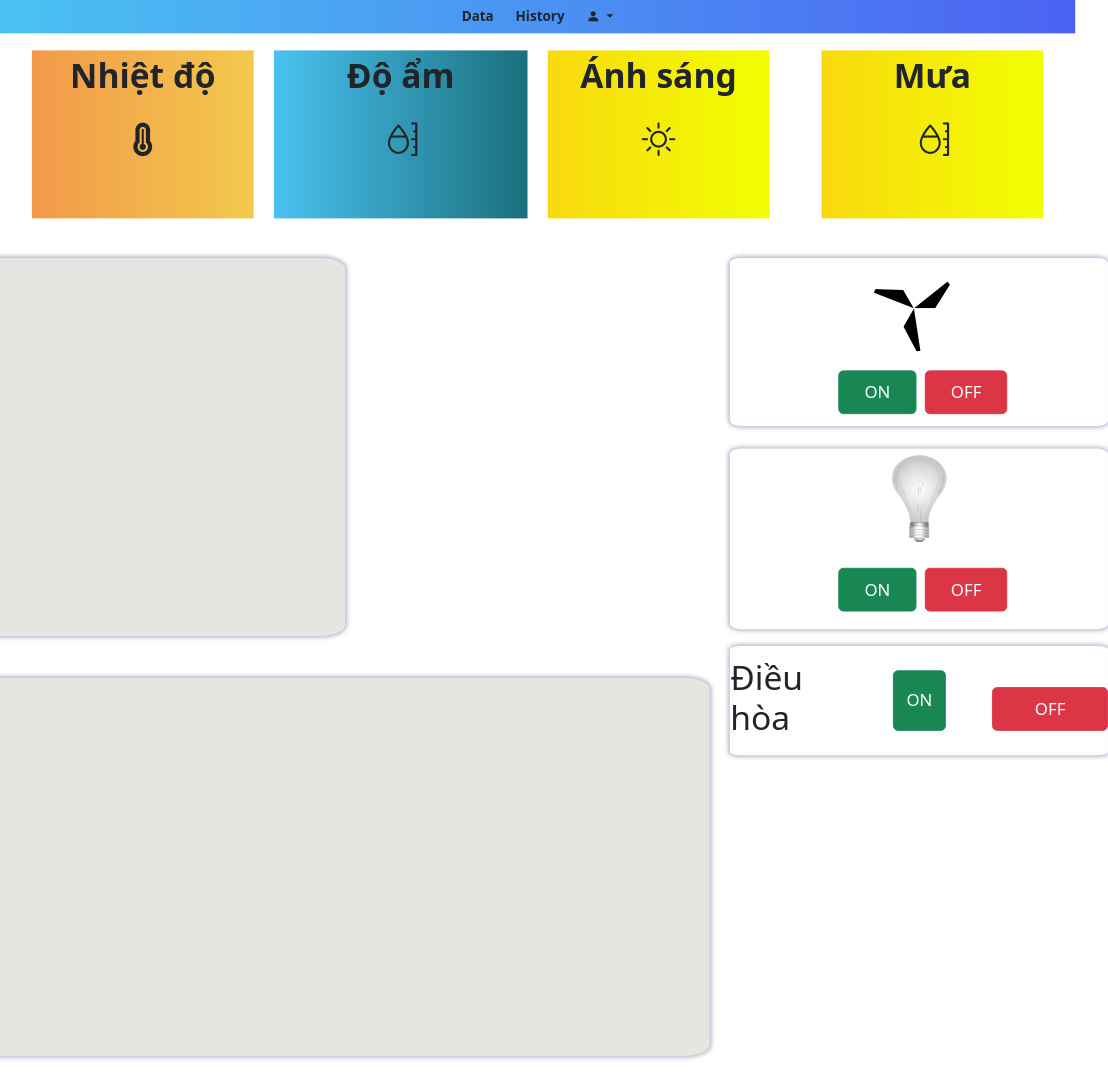
Repository: ndmq03102002/BTL_IOT
Page: Fontend_IOT/iot/index.html
The author's editor kept a copy of each file at every save. The page is drawn from the files as they stood at one save, then again after the next save.
The browser window is 1280 px wide. The page is 1319 px wide, so the pictures cover 1319 px, including what lies to the right of the window. The pictures show the whole page, at 84% of full size.
The page's requests for data from a server got no answer. Some web libraries are served in a nearby version.

Above is the page before, as saved 2023-09-25 00:18:13.

### Fontend_IOT/iot/index.html
<!DOCTYPE html>
<html lang="en">
<head>
    <meta charset="UTF-8">
    <meta name="viewport" content="width=device-width, initial-scale=1.0">
    <title>Document</title>
    <link rel="stylesheet" href="style.css">
    <link rel="stylesheet" href="bootstrap/css/bootstrap.css">
    <script src="https://cdnjs.cloudflare.com/ajax/libs/Chart.js/2.9.4/Chart.js"></script>
    <script src="https://kit.fontawesome.com/1be2f108e2.js" crossorigin="anonymous"></script>
    <link rel="stylesheet" href="https://cdn.jsdelivr.net/npm/bootstrap-icons@1.10.5/font/bootstrap-icons.css">
    <link rel="stylesheet" href="https://cdnjs.cloudflare.com/ajax/libs/font-awesome/6.0.0/css/all.min.css" integrity="sha512-9usAa10IRO0HhonpyAIVpjrylPvoDwiPUiKdWk5t3PyolY1cOd4DSE0Ga+ri4AuTroPR5aQvXU9xC6qOPnzFeg==" crossorigin="anonymous" referrerpolicy="no-referrer" />
</head>
<header style="width: 100%; height: 40px; margin :auto;background: linear-gradient(to right, #4ac2f2, #4c62f2)">
    <div class="col-sm-12 data">
        <a href="data.html" class="btn" style="font-weight: bold;">Data</a>
        <a href="history.html" class="btn" style="font-weight: bold;">History</a>
        <div class="btn-group" >
            <a class="btn btn-white dropdown-toggle"  href="#" role="button" data-bs-toggle="dropdown" aria-expanded="false">
                <i class="bi bi-person-fill"></i>
            </a>
            <ul class="dropdown-menu">
                <li><a href="javascript:" class="dropdown-item"><i class="bi bi-person"></i> MSV: B20DCCN567</a></li>
                <li><a href="javascript:" class="dropdown-item"><i class="bi bi-phone"></i> Phone: 0961264306</a></li>
                <li><a href="message.html" class="dropdown-item"><i class="bi bi-envelope"></i> Email: Nguyendinhmanhquynh@gmail.com</a></li>
            </ul>
          </div>
    </div>
</header>
<body>
     <div  style="background-color:white;height:700px; margin-bottom: 50px;">
        <div class="row">
            <div  class="col-sm-3 col-pd"style="padding-left: 50px;" >
                <div class="block1 block-size">
                        <p >Nhiệt độ</p>
                        <p style="display: inline; " class="count1"></p>
                        <span><i class='fa-solid fa-temperature-full'></i></span>

                </div>
            </div>
            <div class="col-sm-3 col-pd">
                <div class="block2 block-size">
                    <p> Độ ẩm</p>
                    <p style="display: inline;" class="count2"></p>
                    <span> <i class="bi bi-moisture"></i></span>
                </div>
            </div>
            <div class="col-sm-3 col-pd" style="padding-right: 50px;">
                <div class="block3 block-size">
                    <p>Ánh sáng</p>
                    <p style="display: inline;" class="count3"></p>
                    <span> <i class="bi bi-brightness-high"></i></span>
                </div>
            </div>
            <div class="col-sm-3 col-pd" style="padding-right: 50px;">
                <div class="block4 block-size">
                    <p>Mưa</p>
                    <p style="display: inline;" class="count4"></p>
                    <span> <i class="bi bi-moisture"></i></span>
                </div>
            </div>
            <div class="col-sm-4 cod-pd" >
                <div class="block" style="height: 450px;width: 950px; float:right; margin-left:2000px">
                    <canvas id="myChart" style="border-radius: 3%; width:100%;height: 100%;background-color: rgb(231, 229, 226);"></canvas>
                </div>
            </div>
            <div class="col-sm-4 cod-pd" >
                <div class="block" style="height: 450px;width: 950px; float:right; margin-top: 500px;">
                    <canvas id="myChart2" style="border-radius: 3%; width:100%;height: 100%;background-color: rgb(231, 229, 226);"></canvas>
                </div>
            </div>
            <div class="col-sm-4 ">
                <div class="block" style=" background-color: white; height: 200px; width: 450px; float: left; display: flex; justify-content: center; align-items: center;">
                    <div class="fan">
                        <div class="blade blade-1"></div>
                        <div class="blade blade-2"></div>
                        <div class="blade blade-3"></div>
                        <div class="stand"></div>
                    </div>
                    <div class="button" style="margin-top:120px; margin-right: 120px;">
                        <button class="btn btn-success onLampRight " style="--bs-btn-padding-y: 10px; --bs-btn-padding-x: 30px; --bs-btn-font-size: 20px; ">ON</button>
                         <button class="btn btn-danger offLampRight"  style="--bs-btn-padding-y: 10px; --bs-btn-padding-x: 30px; --bs-btn-font-size: 20px;">OFF</button>
                    </div>
                </div>
                <div class="block" style="background-color: white; margin-bottom: 20px; height: 215px; width: 450px; float: left; display: flex; justify-content: center; align-items: center;">
                    <div class="light" >
                        <img src="image/light_off.png" class="img1"/>
                    </div>
                    <div class="button"  style="margin-top:120px; margin-right: 120px;">
                        <button class="btn btn-success onLampLeft "  style="--bs-btn-padding-y: 10px; --bs-btn-padding-x: 30px; --bs-btn-font-size: 20px; ">ON</button>
                         <button class="btn btn-danger offLampLeft"  style="--bs-btn-padding-y: 10px; --bs-btn-padding-x: 30px; --bs-btn-font-size: 20px;">OFF</button>
                    </div>

                </div>
                <div class="block " style="background-color: white; margin-bottom: 20px; height: 130px; width: 450px; float: left; display: flex; justify-content: center; align-items: center;">
                    <div class="" >
                        <div  ><h1>Điều hòa</h1> </div>
                    </div>
                    <div class="button"  style="margin: auto;">
                        <button class="btn btn-success onLamptest"  style="margin-left:45px; --bs-btn-padding-y: 15px; --bs-btn-padding-x: 15px; --bs-btn-font-size: 20px; ">ON</button>
                         <button class="btn btn-danger offLamptest"  style="margin-left:45px; margin-top: 20px; --bs-btn-padding-y: 10px; --bs-btn-padding-x: 50px; --bs-btn-font-size: 20px;">OFF</button>

                    </div>

                </div>
            </div>
        </div>
    </div>
    <p>

    <script src="https://cdn.jsdelivr.net/npm/axios/dist/axios.min.js"></script>
    <script src="./app.js"></script>
    <script src="jquery.js"></script>
    <script src="popper.min.js"></script>
    <script src="bootstrap/js/bootstrap.min.js"></script>
</body>
</html>

### Fontend_IOT/iot/style.css
html {
  margin: 0;
  padding: 0;
}
.data {
  display: flex;
  justify-content: center;
  align-items: center;
}
.data a:hover{
  color: white;
}

.block {
  width: 100%;
  height: 200px;
  margin-right: 0px;
  margin-bottom: 27px;
  background-color: #9fb4d0;

  box-shadow: 0px 0px 5px 2px rgba(97, 95, 151, 0.47);
  border-radius: 3%;
}
.block1 {
  width: 100%;
  height: 200px;
  margin-right: 0px;
  margin-bottom: 27px;
  background: linear-gradient(to right, #f2994a, #f2c94c);
}
.block2 {
  width: 100%;
  height: 200px;
  margin-right: 0px;
  margin-bottom: 27px;
  background: linear-gradient(to right, #4ac2f2, #1a6f7c);
}
.block3 {
  width: 100%;
  height: 200px;
  margin-right: 0px;
  margin-bottom: 27px;
  background: linear-gradient(to right, #f8d90f, #f2ff00);
}
.block4 {
  width: 100%;
  height: 200px;
  margin-right: 0px;
  margin-bottom: 27px;
  background: linear-gradient(to right, #f8d90f, #f2ff00);
}
.abc {
  margin-bottom: 30px;
}
.col-pd {
  padding: 20px;
}
.block-size {
  font-size: 40px;
  font-weight: bold;
  text-align: center;
}
.fan {
  width: 200px;
  height: 200px;
  position: relative;
}

.blade {
  width: 0;
  height: 0;
  position: absolute;
  top: 10%;
  left: 170%;
  transform-origin: 0 50%;
  background-color: #000000;
  border-radius: 50%;
}

.blade-1 {
  width: 50px;
  height: 80px;
  clip-path: polygon(0 50%, 100% 0, 50% 50%);
  transform: rotate(0deg);
  /* animation: rotateFan1 1s linear infinite; */
}

.blade-2 {
  width: 50px;
  height: 80px;
  clip-path: polygon(0 50%, 100% 0, 50% 50%);
  transform: rotate(120deg);
  /* animation: rotateFan2 1s linear infinite; */
}

.blade-3 {
  width: 50px;
  height: 80px;
  clip-path: polygon(0 50%, 100% 0, 50% 50%);
  transform: rotate(240deg);
  /* animation: rotateFan3 1s linear infinite; */
}

@keyframes rotateFan2 {
  to {
    transform: rotate(480deg);
  }
}
@keyframes rotateFan1 {
  to {
    transform: rotate(360deg);
  }
}
@keyframes rotateFan3 {
  to {
    transform: rotate(600deg);
  }
}
.button {
  display: flex;
  flex-direction: row;
  justify-content: space-between;
}

.button .btn-success {
  margin-right: 10px; /* Thêm khoảng cách bên phải cho nút "ON" */
}
.light {
  width: 200px;
  height: 200px;
}
.light img {
  width: 50%;
  height: auto;
  margin-left: 150%;
}

### Fontend_IOT/iot/app.js
let Listbox = document.querySelectorAll(".block-size");
let box1 = Listbox[0];
let box2 = Listbox[1];
let box3 = Listbox[2];

let countTemp = document.querySelector(".count1").innerText
let countHum = document.querySelector(".count2").innerText
let countLight = document.querySelector(".count3").innerText
let count = 0;

function changeTemp() {
  if (countTemp <= 10) {
    box1.style.background = "#9fb4d0";
  } else if (countTemp <= 25) {
    box1.style.background = "#c8b83f";
  } else if (countTemp <= 35) {
    box1.style.background = "#f2c94c";
  } else {
    box1.style.background = "#f2c94c";
  }
  if (countTemp > 50) {
    box1.style.background = "#fd0606";
  }
}
function changeHum() {
  if (countHum <= 10) {
    box2.style.background = "#848590";
  } else if (countHum <= 25) {
    box2.style.background = "#5259a4";
  } else if (countHum <= 35) {
    box2.style.background = "#3846de";
  } else {
    box2.style.background = "#1a6f7c";
  }
  if (countHum > 50) {
    box2.style.background = "#4ac2f2";
  }
}
function changeLight() {
  if (countLight < 100) {
    box3.style.background = "#9fb4d0";
  }
  if (countLight >= 100) {
    box3.style.background = "#f2ff00";
  }
}
function changeMua() {
  if (countHum <= 10) {
    box2.style.background = "#848590";
  } else if (countHum <= 25) {
    box2.style.background = "#5259a4";
  } else if (countHum <= 35) {
    box2.style.background = "#3846de";
  } else {
    box2.style.background = "#1a6f7c";
  }
  if (countHum > 50) {
    box2.style.background = "#4ac2f2";
  }
}
function getTempAllData() {
  fetch("http://localhost:8080/getAllData")
    .then(function (response) {
      return response.json();
    })
    .then(function (posts) {
      const temp = [];
      const hum = [];
      const light = [];
      const mua =[];
      const time =[];
      for(let key of posts){
        temp.push(key.temperature)
        hum.push(key.humidity)
        light.push(key.light)
        mua.push(key.mua)
         time.push(key.time)
        }
      // hiển thị nhiệt độ
      countTemp = document.querySelector(".count1").innerText =
        temp[temp.length - 1];
      countHum = document.querySelector(".count2").innerText =
        hum[hum.length - 1];
      countLight = document.querySelector(".count3").innerText =
        light[light.length - 1];
      countMua = document.querySelector(".count4").innerText =
      mua[mua.length-1];
        changeTemp();
        changeHum();
        changeLight();
        changeMua();

      //hiển thị đồ thị
        new Chart("myChart", {
          type: "line",
          data: {
            labels: time,
            datasets: [
              {
                label: "Temperature",
                data: temp,
                borderColor: "red",
                yAxisID: "temperature-y-axis",
                fill: false,
              },
              {
                label: "Humidity",
                data: hum,
                borderColor: "blue",
                yAxisID: "temperature-y-axis",
                fill: false,
              },
              {
                label: "Light",
                data: light,
                borderColor: "yellow",
                yAxisID: "light-y-axis",
                fill: false,
              },
            ],
          },
          options: {
            legend: { display: true },
            scales: {
              yAxes: [
                {
                  id: "temperature-y-axis", // Đặt ID cho trục tung nhiệt độ
                  position: "left",
                  ticks: {
                    min: 0, // Giá trị tối thiểu trên trục tung nhiệt độ
                    max: 100, // Giá trị tối đa trên trục tung nhiệt độ
                    stepSize: 10, // Bước giữa các giá trị
                  },
                  scaleLabel: {
                    display: true,
                    labelString: "Temperature (°C)",
                  },
                },
                {
                  id: "light-y-axis", // Đặt ID cho trục tung độ ẩm
                  position: "right",
                  ticks: {
                    min: 0, // Giá trị tối thiểu trên trục tung độ ẩm
                    max: 1000, // Giá trị tối đa trên trục tung độ ẩm
                    stepSize: 100, // Bước giữa các giá trị
                  },
                  scaleLabel: {
                    display: true,
                    labelString: "Light (lux)",
                  },
                },
              ],
            },
          },
        });
        new Chart("myChart2", {
          type: "line",
          data: {
            labels: time,
            datasets: [
              {
                label: 'Độ mưa',
                data: mua,
                yAxisID: 'left-y-axis',
                borderColor: 'red',
                backgroundColor: 'transparent',
            },
            ],
          },
          options: {
            legend: { display: true },
            scales: {
              yAxes: [
                {
                  id: 'left-y-axis',
                  position: 'left',
                  ticks: {
                      min: 0, // Giá trị tối thiểu trên trục tung
                       max: 100, // Giá trị tối đa trên trục tung
                        stepSize: 5, // Bước giữa các giá trị

                  },
                  scaleLabel: {
                    display: true,
                    labelString: "Độ mưa (mm)",
                  },
              },
              ],
            },
          },
        });
    })
    .catch(function (err) {
      console.log(err);
    });
}
setInterval(getTempAllData,5000)
function OnFan() {
  const blade1 = (document.querySelector(".blade-1").style.animation =
    "rotateFan1 1s linear infinite");
  const blade2 = (document.querySelector(".blade-2").style.animation =
    "rotateFan2 1s linear infinite");
  const blade3 = (document.querySelector(".blade-3").style.animation =
    "rotateFan3 1s linear infinite");
}
function OffFan() {
  const blade1 = document
    .querySelector(".blade-1")
    .style.removeProperty("animation");
  const blade2 = document
    .querySelector(".blade-2")
    .style.removeProperty("animation");
  const blade3 = document
    .querySelector(".blade-3")
    .style.removeProperty("animation");
}
function OnLight() {
  let img = document.querySelector('.img1');
  img.src = 'image/light_on.png';
}
function OffLight() {
  let img = document.querySelector('.img1');
  img.src = 'image/light_off.png';
}


const OnLampRight = document.querySelector(".onLampRight").addEventListener("click",function(e){
  const postData = "room/lamp,onlampright";

  // Tùy chọn của yêu cầu Fetch
  const requestOptions = {
      method: "POST",                   // Phương thức POST
      headers: {
          "Content-Type": "application/text"  // Kiểu dữ liệu của nội dung là JSON
      },
      body: JSON.stringify(postData)     // Chuyển đổi đối tượng postData thành chuỗi JSON
  };

  // Gọi API sử dụng Fetch
  fetch("http://localhost:8080/controlLamp", requestOptions)
      .then(response => {
          if (!response.ok) {
              throw new Error(`Lỗi khi gọi API: ${response.status}`);
          }
          return response.text;  // Trả về dữ liệu JSON từ phản hồi
      })
      .then(data => {

          OnFan();
          // Xử lý dữ liệu từ API tại đây
      })
      .catch(error => {
          console.error("Lỗi: ", error);
      });
})


function OffFan(){
  const blade1 = document.querySelector(".blade-1").style.removeProperty("animation");
  const blade2 = document.querySelector(".blade-2").style.removeProperty("animation");
  const blade3 = document.querySelector(".blade-3").style.removeProperty("animation");

}
const OffLampRight = document.querySelector(".offLampRight").addEventListener("click",function(e){
  const postData = "room/lamp,offlampright";

  // Tùy chọn của yêu cầu Fetch
  const requestOptions = {
      method: "POST",                   // Phương thức POST
      headers: {
          "Content-Type": "application/text"  // Kiểu dữ liệu của nội dung là JSON
      },
      body: JSON.stringify(postData)     // Chuyển đổi đối tượng postData thành chuỗi JSON
  };

  // Gọi API sử dụng Fetch
  fetch("http://localhost:8080/controlLamp", requestOptions)
      .then(response => {
          if (!response.ok) {
              throw new Error(`Lỗi khi gọi API: ${response.status}`);
          }
          return response.text;  // Trả về dữ liệu JSON từ phản hồi
      })
      .then(data => {
          console.log(data)
          OffFan()
          // Xử lý dữ liệu từ API tại đây
      })
      .catch(error => {
          console.error("Lỗi: ", error);
      });
})


function OnLight(){
  const light = document.querySelector('.img1');
  light.src = 'image/light_on.png';
}
const OnLampLeft = document.querySelector(".onLampLeft").addEventListener("click",function(e){
  const postData = "room/lamp,onlampleft";

  // Tùy chọn của yêu cầu Fetch
  const requestOptions = {
      method: "POST",                   // Phương thức POST
      headers: {
          "Content-Type": "application/text"  // Kiểu dữ liệu của nội dung là JSON
      },
      body: JSON.stringify(postData)     // Chuyển đổi đối tượng postData thành chuỗi JSON
  };

  // Gọi API sử dụng Fetch
  fetch("http://localhost:8080/controlLamp", requestOptions)
      .then(response => {
          if (!response.ok) {
              throw new Error(`Lỗi khi gọi API: ${response.status}`);
          }
          return response.text;  // Trả về dữ liệu JSON từ phản hồi
      })
      .then(data => {
          console.log(data)
          OnLight();
          // Xử lý dữ liệu từ API tại đây
      })
      .catch(error => {
          console.error("Lỗi: ", error);
      });
})



function OffLight(){
  const light = document.querySelector('.img1');
  light.src = 'image/light_off.png';
}
const OffLampLeft = document.querySelector(".offLampLeft").addEventListener("click",function(e){
  const postData = "room/lamp,offlampleft";

  // Tùy chọn của yêu cầu Fetch
  const requestOptions = {
      method: "POST",                   // Phương thức POST
      headers: {
          "Content-Type": "application/text"  // Kiểu dữ liệu của nội dung là JSON
      },
      body: JSON.stringify(postData)     // Chuyển đổi đối tượng postData thành chuỗi JSON
  };

  // Gọi API sử dụng Fetch
  fetch("http://localhost:8080/controlLamp", requestOptions)
      .then(response => {
          if (!response.ok) {
              throw new Error(`Lỗi khi gọi API: ${response.status}`);
          }
          return response.text;  // Trả về dữ liệu JSON từ phản hồi
      })
      .then(data => {
          console.log(data)
          OffLight();
          // Xử lý dữ liệu từ API tại đây
      })
      .catch(error => {
          console.error("Lỗi: ", error);
      });
})

const OnLampTest = document.querySelector(".onLamptest").addEventListener("click",function(e){
  const postData = "room/lamp,onlamptest";

  // Tùy chọn của yêu cầu Fetch
  const requestOptions = {
      method: "POST",                   // Phương thức POST
      headers: {
          "Content-Type": "application/text"  // Kiểu dữ liệu của nội dung là JSON
      },
      body: JSON.stringify(postData)     // Chuyển đổi đối tượng postData thành chuỗi JSON
  };

  // Gọi API sử dụng Fetch
  fetch("http://localhost:8080/controlLamp", requestOptions)
      .then(response => {
          if (!response.ok) {
              throw new Error(`Lỗi khi gọi API: ${response.status}`);
          }
          return response.text;  // Trả về dữ liệu JSON từ phản hồi
      })
      .then(data => {
          console.log(data)
          // Xử lý dữ liệu từ API tại đây
      })
      .catch(error => {
          console.error("Lỗi: ", error);
      });
})


const OffLampTest = document.querySelector(".offLamptest").addEventListener("click",function(e){
  const postData = "room/lamp,offlamptest";

  // Tùy chọn của yêu cầu Fetch
  const requestOptions = {
      method: "POST",                   // Phương thức POST
      headers: {
          "Content-Type": "application/text"  // Kiểu dữ liệu của nội dung là JSON
      },
      body: JSON.stringify(postData)     // Chuyển đổi đối tượng postData thành chuỗi JSON
  };

  // Gọi API sử dụng Fetch
  fetch("http://localhost:8080/controlLamp", requestOptions)
      .then(response => {
          if (!response.ok) {
              throw new Error(`Lỗi khi gọi API: ${response.status}`);
          }
          return response.text;  // Trả về dữ liệu JSON từ phản hồi
      })
      .then(data => {
          console.log(data)
          OffTest();
          // Xử lý dữ liệu từ API tại đây
      })
      .catch(error => {
          console.error("Lỗi: ", error);
      });
})

Loaded but not shown: Fontend_IOT/iot/bootstrap/css/bootstrap.css (library); Fontend_IOT/iot/jquery.js (library); Fontend_IOT/iot/popper.min.js (library); Fontend_IOT/iot/bootstrap/js/bootstrap.min.js (library)

After the next save:
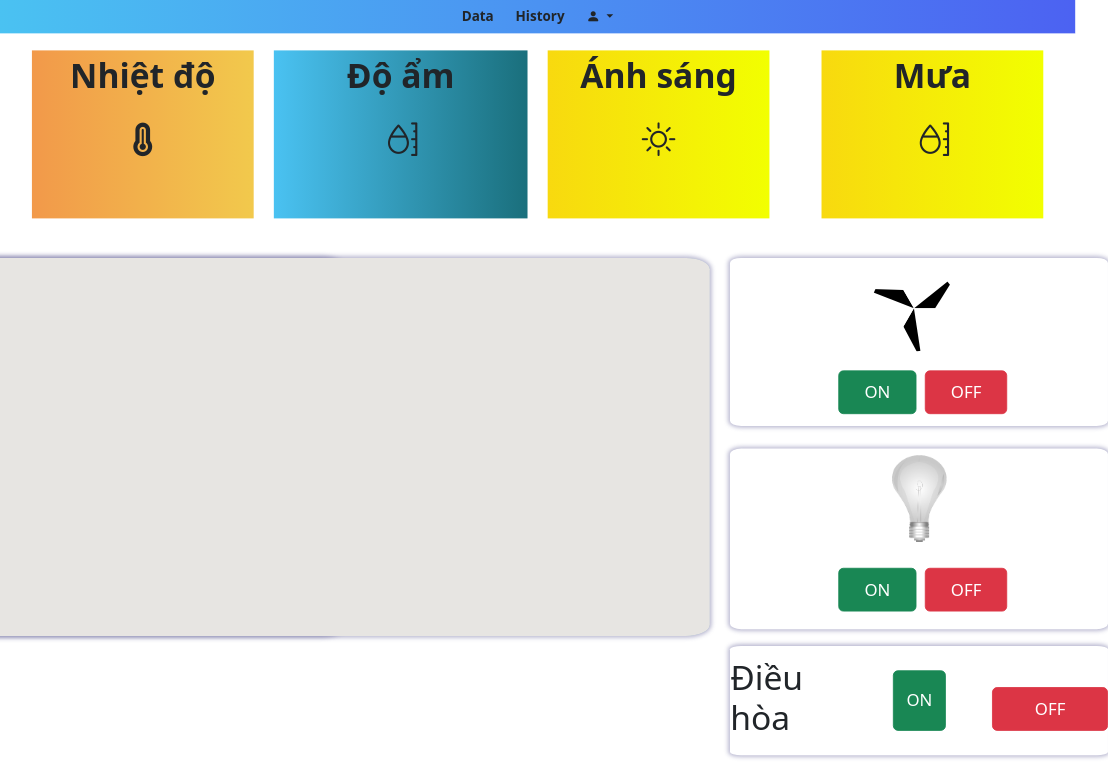
Saved 18 s later.
--- a/Fontend_IOT/iot/index.html
+++ b/Fontend_IOT/iot/index.html
@@ -60,12 +60,12 @@
                 </div>
             </div>
             <div class="col-sm-4 cod-pd" >
-                <div class="block" style="height: 450px;width: 950px; float:right; margin-left:2000px">
+                <div class="block" style="height: 450px;width: 950px; float:right;">
                     <canvas id="myChart" style="border-radius: 3%; width:100%;height: 100%;background-color: rgb(231, 229, 226);"></canvas>
                 </div>
             </div>
             <div class="col-sm-4 cod-pd" >
-                <div class="block" style="height: 450px;width: 950px; float:right; margin-top: 500px;">
+                <div class="block" style="height: 450px;width: 950px; float:right; ">
                     <canvas id="myChart2" style="border-radius: 3%; width:100%;height: 100%;background-color: rgb(231, 229, 226);"></canvas>
                 </div>
             </div>
